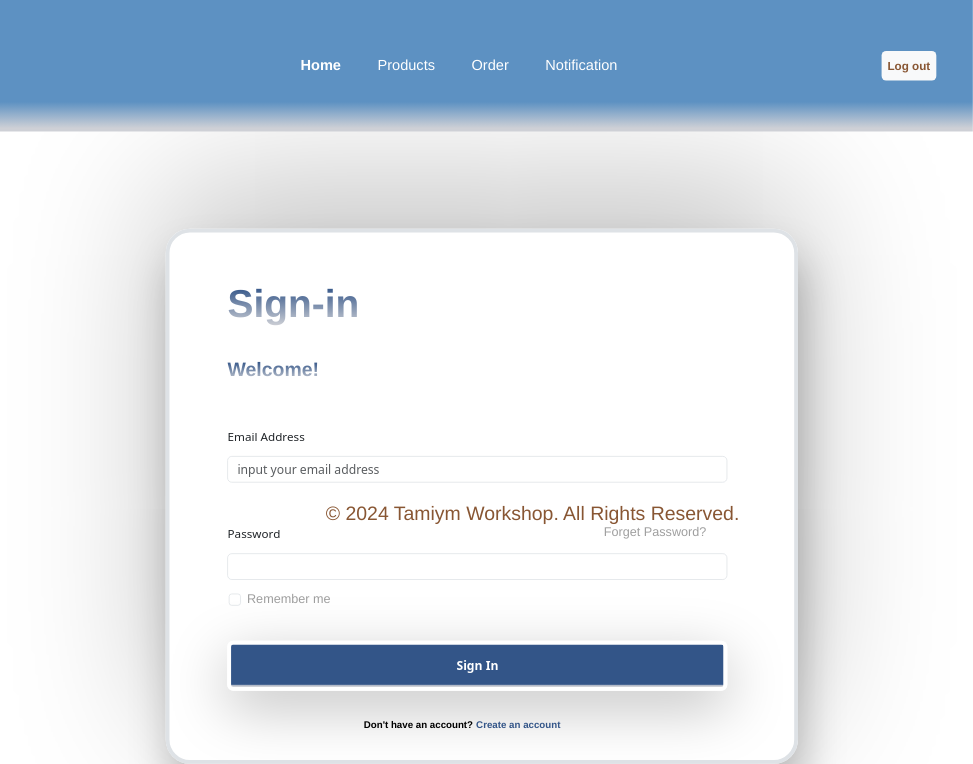
Repository: OVictor21/inventory
Page: /
The author's editor kept a copy of each file at every save. The page is drawn from the files as they stood at one save, then again after a run of saves.
The browser window is 1280 px wide. The pictures show the whole page, at 76% of full size.
The project was rebuilt for these pictures with package versions that can differ from the ones it lists, and the page was loaded fresh each time.

Above is the page before, as saved 2024-12-14 09:41:29.

After the next 2 saves:
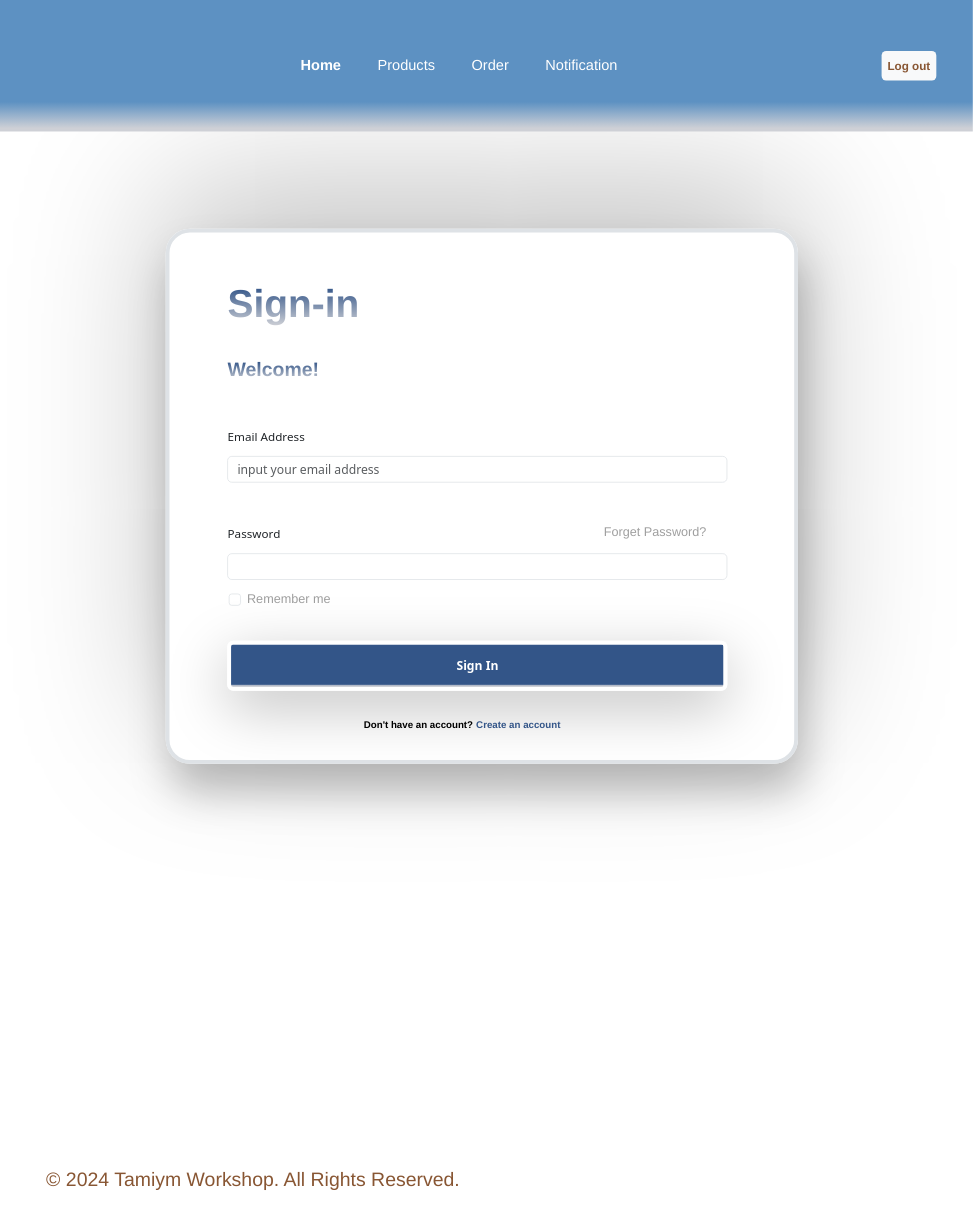
The 2 saves are shown as one change because they came seconds apart.
The last was saved 12 s later.
--- a/src/body.js
+++ b/src/body.js
@@ -33,7 +33,7 @@ const Body = () => {
     </form>
 
     <footer>
-    <div class="text-center py-3 copyright-text position-absolute">
+    <div class="text-center py-3 copyright-text position-relative">
             © 2024 Tamiym Workshop. All Rights Reserved.
         </div>
     </footer>
